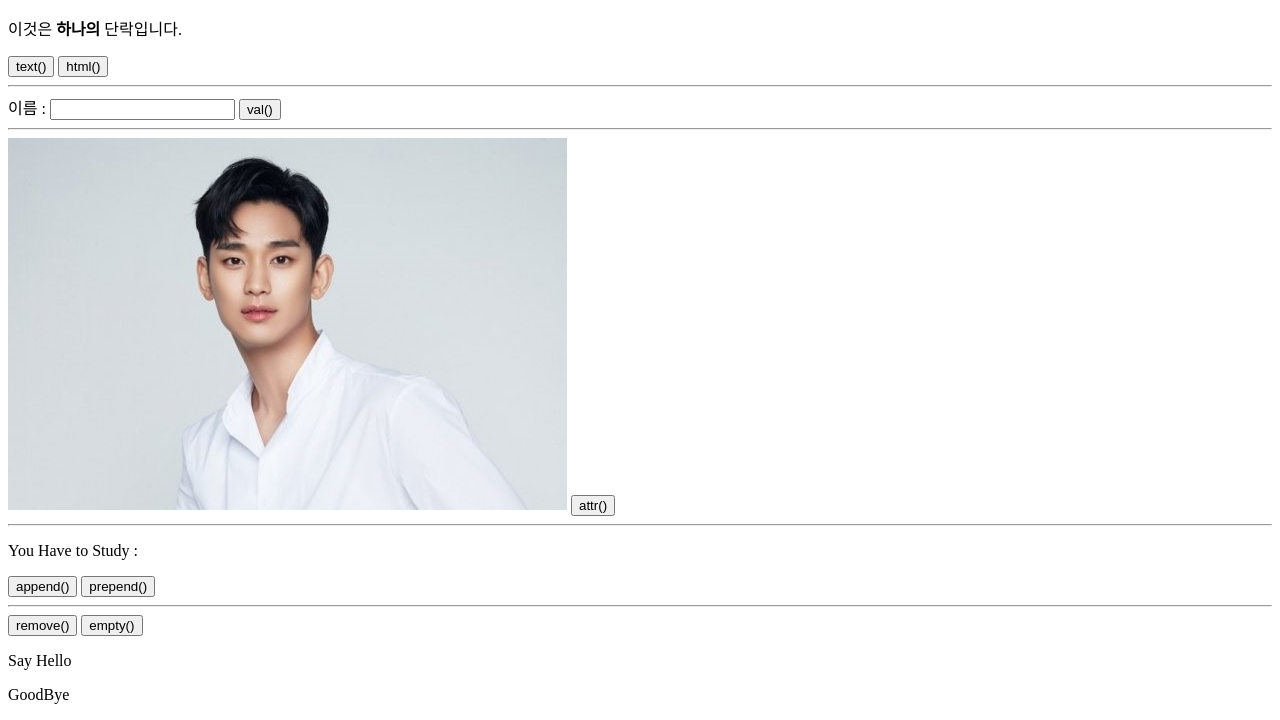
Repository: gpqls12321/public
Page: javascript_jquery/WebContent/jQuery_ex03.html
The author's editor kept a copy of each file at every save. The page is drawn from the files as they stood at one save, then again after the next save.
The browser window is 1280 px wide. The pictures show the whole page.

Above is the page before, as saved 2021-04-15 05:27:37.

After the next save:
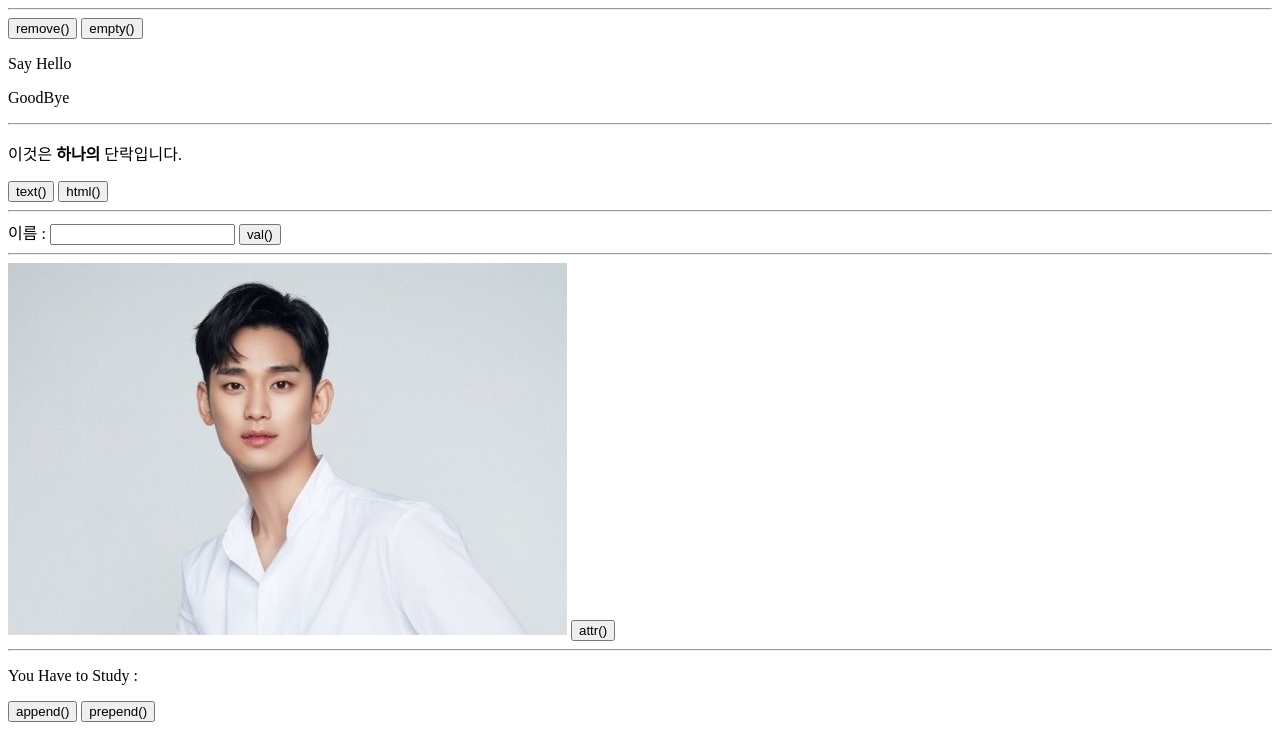
Saved 25 s later.
--- a/javascript_jquery/WebContent/jQuery_ex03.html
+++ b/javascript_jquery/WebContent/jQuery_ex03.html
@@ -35,6 +35,15 @@
 </script>
 </head>
 <body>
+	<hr>
+	<button id="remove">remove()</button>
+	<button id="empty">empty()</button>
+	<br>
+	<div class="container">
+		<p class="hello">Say Hello</p>
+		<p class="">GoodBye</p>
+	</div>
+	<hr>
 	<p id="target">이것은 <strong>하나의</strong> 단락입니다.</p>
 	<button id="text">text()</button>
 	<button id="html">html()</button>
@@ -49,13 +58,5 @@
 	<button id="button1">append()</button>
 	<button id="button2">prepend()</button>
 
-	<hr>
-	<button id="remove">remove()</button>
-	<button id="empty">empty()</button>
-	<br>
-	<div class="container">
-		<p class="hello">Say Hello</p>
-		<p class="goodbye">GoodBye</p>
-	</div>
 </body>
 </html>
